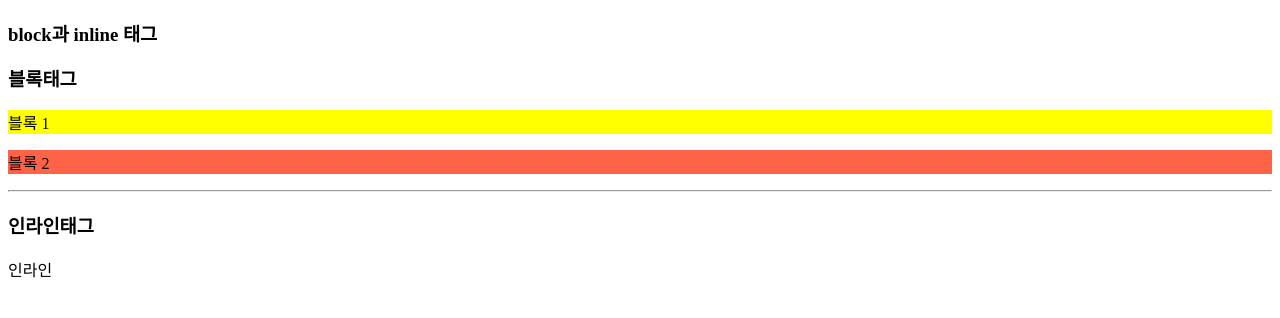
Repository: JiYoon0712/HTML_CSS_javascript
Page: work/study/src/main/webapp/htmlEx/ch02/ex04.html
These files come from the project's save history. The page is drawn as it stood at one moment and after the next save; the edit follows.
The browser window is 1280 px wide. The pictures show the whole page.

Above is the page before, as saved 2023-04-03 02:18:12.

### work/study/src/main/webapp/htmlEx/ch02/ex04.html
<!DOCTYPE html>
<html>
<head>
<meta charset="UTF-8">
<title>Insert title here</title>
</head>
<body>

<h3>block과 inline 태그</h3>

<h3>블록태그</h3>

<p style="background: yellow;"> 블록 1 </p><p style="background: tomato;"> 블록 2 </p>
<hr>

<h3>인라인태그</h3>
<span>인라인</span>

</body>
</html>

After the next save:
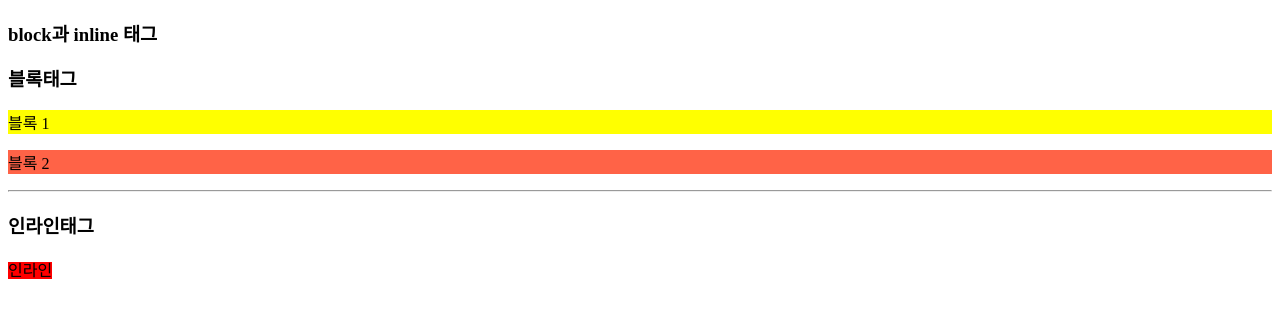
Saved 20 s later.
--- a/work/study/src/main/webapp/htmlEx/ch02/ex04.html
+++ b/work/study/src/main/webapp/htmlEx/ch02/ex04.html
@@ -14,7 +14,7 @@
 <hr>
 
 <h3>인라인태그</h3>
-<span>인라인</span>
+<span style="background: red;">인라인</span>
 
 </body>
 </html>
